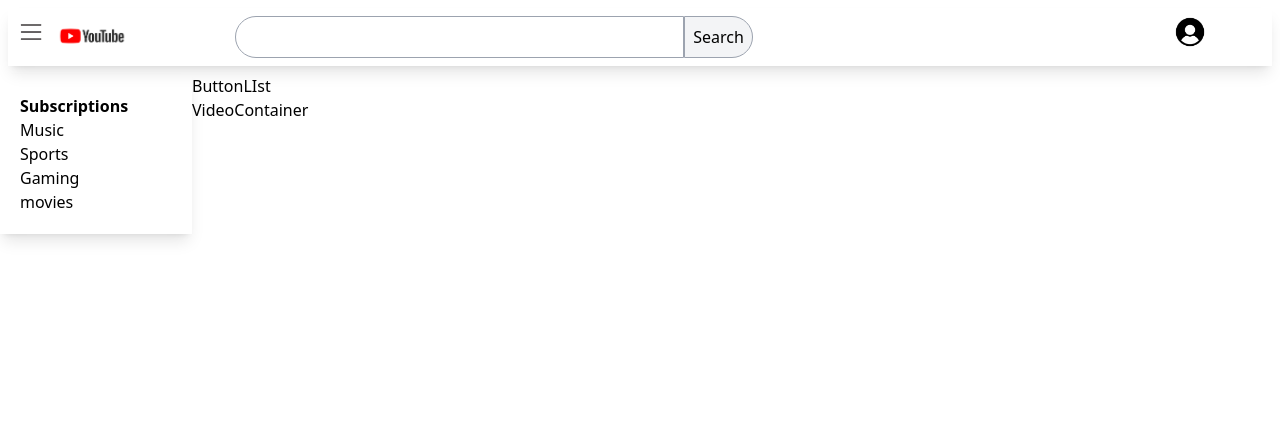
Repository: AmolPawar7181/namaste-youtube
Page: /watch
An editor plug-in stored every save of this project. The page is shown before and after the next save, followed by the edit.
The browser window is 1280 px wide. The pictures show the whole page.
The project was rebuilt for these pictures with package versions that can differ from the ones it lists, and the page was loaded fresh each time. Also part of the build but not shown: vite.config.ts.

Above is the page before, as saved 2023-03-19 12:23:07.

After the next save:
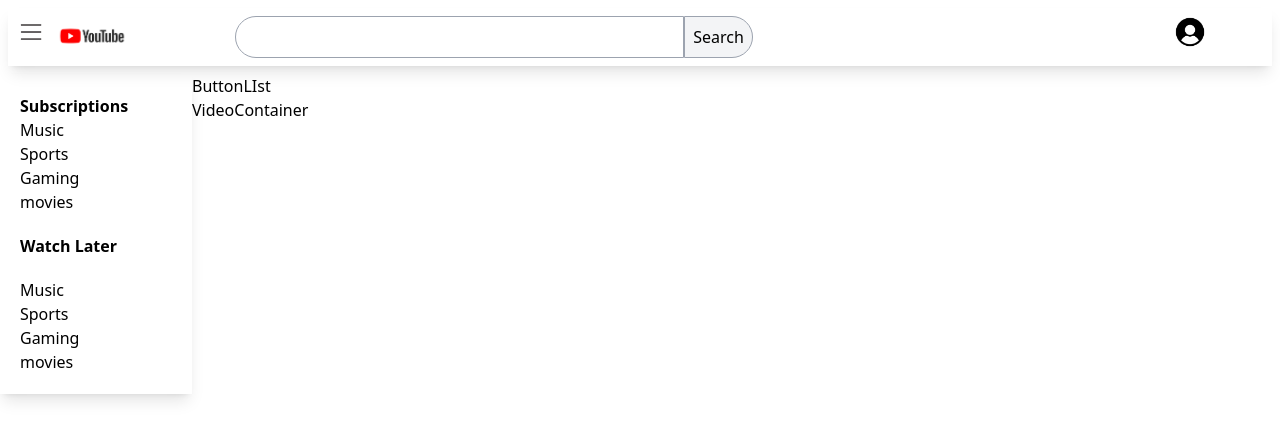
Saved 22 s later.
--- a/src/components/SideBar.tsx
+++ b/src/components/SideBar.tsx
@@ -10,6 +10,13 @@
 				<li>Gaming</li>
 				<li>movies</li>
 			</ul>
+			<h1 className='font-bold py-5'>Watch Later</h1>
+			<ul>
+				<li>Music</li>
+				<li>Sports</li>
+				<li>Gaming</li>
+				<li>movies</li>
+			</ul>
 		</div>
 	);
 };
